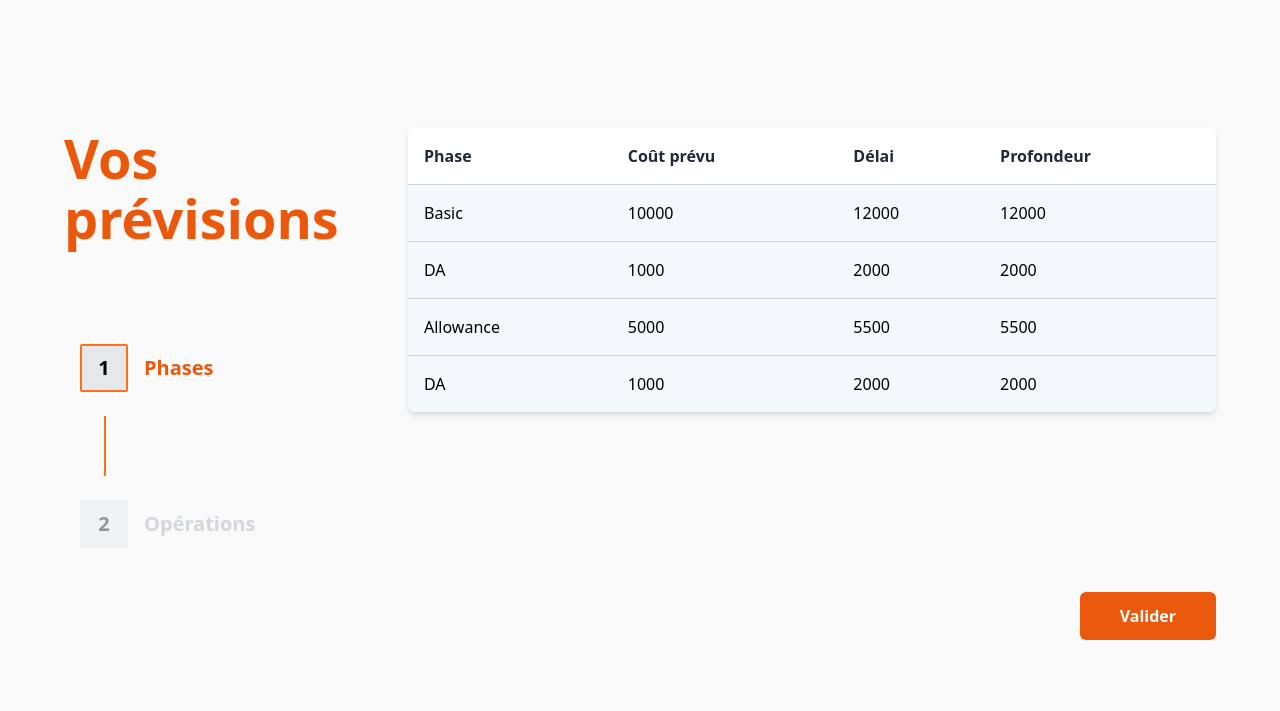
Repository: 123455675848484848484884848484/Projet_2cs
Page: /phasepre (app in front/)
These files come from the project's save history. The page is drawn as it stood at one moment and after the next save; the edit follows.
The browser window is 1280 px wide. The pictures show the whole page.
The project was rebuilt for these pictures with package versions that can differ from the ones it lists, and the page was loaded fresh each time. Also part of the build but not shown: front/src/App.css, front/src/LancerPuit.jsx, front/src/InformationPuit.jsx, front/src/MesPuits.jsx.

Above is the page before, as saved 2025-04-24 09:17:41.

### front/src/App.jsx
import './App.css';
import React from "react";
import LancerPuit from './LancerPuit';
import InformationPuit from './InformationPuit';
import { BrowserRouter as Router, Routes, Route } from "react-router-dom";

import MesPuits from './MesPuits';
import PhasesPrevision from './PhasesPrevision';

function App() {
  return (
   <Router>
   <Routes>
     <Route path="/" element={<LancerPuit />} />
     <Route path="/info-puit" element={<InformationPuit />} />
     <Route path="/mespuits" element={<MesPuits />} />
     <Route path="/phasepre" element={<PhasesPrevision />} />
  </Routes>
    </Router>

  );
}

export default App;

### front/src/PhasesPrevision.jsx
import React, { useEffect, useState } from "react";
import { Link, useNavigate } from "react-router-dom";

const PhasesPrevision = () => {
  const [phases, setPhases] = useState([]);
  const navigate = useNavigate();

  useEffect(() => {
    const fetchedPhases = [
      { nom: "Basic", cout: 10000, delai: 12000, profondeur: 12000 },
      { nom: "DA", cout: 1000, delai: 2000, profondeur: 2000 },
      { nom: "Allowance", cout: 5000, delai: 5500, profondeur: 5500 },
      { nom: "DA", cout: 1000, delai: 2000, profondeur: 2000 },
    ];
    setPhases(fetchedPhases);
  }, []);

  const handleValider = () => {
    navigate("/operations");
  };

  return (
    <div className="min-h-screen flex bg-[#f9f9f9] px-16 pt-12 pb-20">
      {/* Colonne de gauche */}
      <div className="w-[280px] pt-20">
        <h1 className="text-[54px] font-bold text-orange-600 leading-[60px] mb-24">
          Vos prévisions
        </h1>
        <div className="flex flex-col items-start gap-6 ml-4">
          <div className="flex items-center gap-4">
            <div className="w-12 h-12 rounded-sm bg-gray-200 flex items-center justify-center text-xl font-bold border-2 border-orange-500 text-black">
              1
            </div>
            <span className="text-orange-600 font-semibold text-xl">Phases</span>
          </div>
          <div className="h-[60px] w-[2px] bg-orange-500 ml-6" />
          <div className="flex items-center gap-4 opacity-40">
            <div className="w-12 h-12 rounded-sm bg-gray-200 flex items-center justify-center text-xl font-bold">
              2
            </div>
            <span className="text-gray-400 font-semibold text-xl">Opérations</span>
          </div>
        </div>
      </div>

      {/* Contenu de droite */}
      <div className="flex-1 pl-16 flex flex-col justify-between pt-20">
        <div className="bg-[#f3f8fa] rounded-md shadow-md overflow-hidden">
          <table className="w-full text-left text-[16px]">
            <thead className="bg-white">
              <tr className="text-gray-800">
                <th className="p-4 font-semibold">Phase</th>
                <th className="p-4 font-semibold">Coût prévu</th>
                <th className="p-4 font-semibold">Délai</th>
                <th className="p-4 font-semibold">Profondeur</th>
              </tr>
            </thead>
            <tbody>
              {phases.map((phase, index) => (
                <tr key={index} className="border-t border-gray-300">
                  <td className="p-4">{phase.nom}</td>
                  <td className="p-4">{phase.cout}</td>
                  <td className="p-4">{phase.delai}</td>
                  <td className="p-4">{phase.profondeur}</td>
                </tr>
              ))}
            </tbody>
          </table>
        </div>

        <div className="flex justify-end w-full mt-auto pt-10">
          <button
            onClick={handleValider}
            className="bg-orange-600 hover:bg-orange-700 text-white px-10 py-3 rounded-md font-semibold text-[16px]"
          >
            Valider
          </button>
        </div>
      </div>
    </div>
  );
};

export default PhasesPrevision;

Loaded but not shown: front/public/index.html (common file); front/src/index.js (common file); front/src/index.css (common file); front/src/reportWebVitals.js (common file); front/tailwind.config.js (common file)

After the next save:
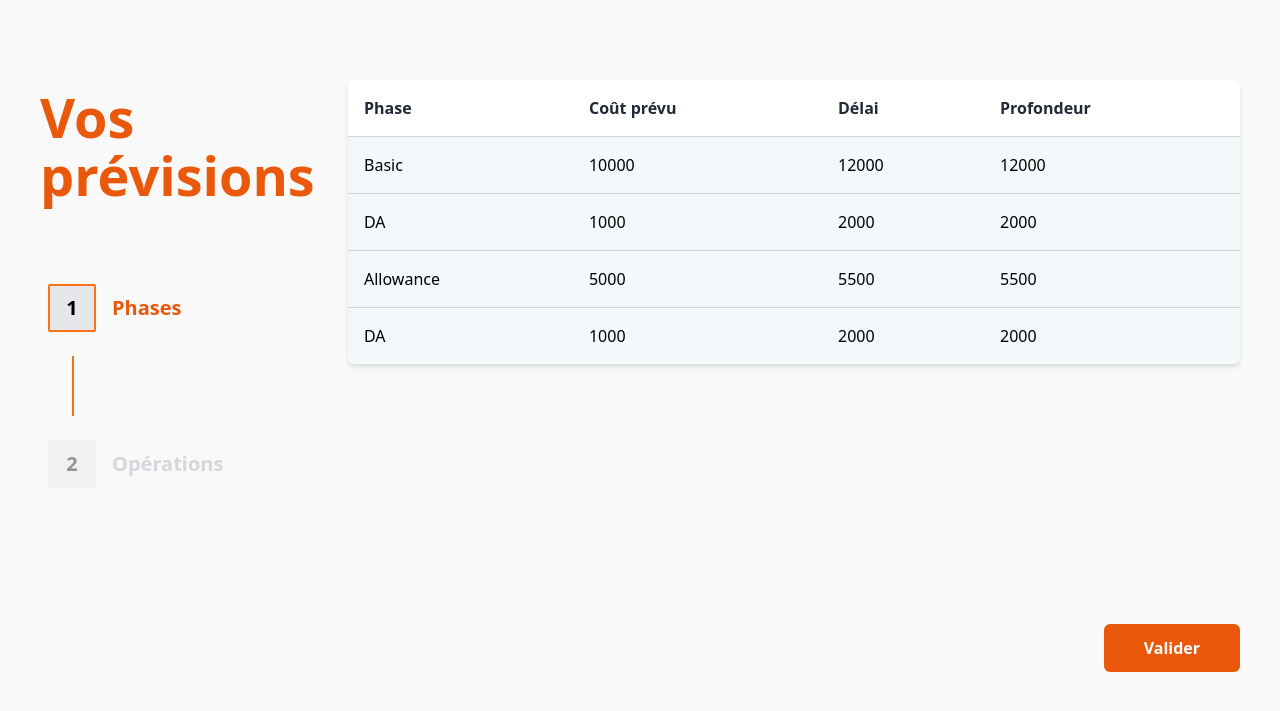
Saved 119 s later.
--- a/front/src/PhasesPrevision.jsx
+++ b/front/src/PhasesPrevision.jsx
@@ -20,13 +20,13 @@ const PhasesPrevision = () => {
   };
 
   return (
-    <div className="min-h-screen flex bg-[#f9f9f9] px-16 pt-12 pb-20">
+    <div className="min-h-screen flex bg-[#f9f9f9] px-10 pt-6 pb-12">
       {/* Colonne de gauche */}
-      <div className="w-[280px] pt-20">
-        <h1 className="text-[54px] font-bold text-orange-600 leading-[60px] mb-24">
-          Vos prévisions
+      <div className="w-[260px] pt-16">
+        <h1 className="text-[54px] font-bold text-orange-600 leading-[58px] mb-20">
+          Vos<br />prévisions
         </h1>
-        <div className="flex flex-col items-start gap-6 ml-4">
+        <div className="flex flex-col items-start gap-6 ml-2">
           <div className="flex items-center gap-4">
             <div className="w-12 h-12 rounded-sm bg-gray-200 flex items-center justify-center text-xl font-bold border-2 border-orange-500 text-black">
               1
@@ -44,7 +44,7 @@ const PhasesPrevision = () => {
       </div>
 
       {/* Contenu de droite */}
-      <div className="flex-1 pl-16 flex flex-col justify-between pt-20">
+      <div className="flex-1 pl-12 flex flex-col justify-between pt-14">
         <div className="bg-[#f3f8fa] rounded-md shadow-md overflow-hidden">
           <table className="w-full text-left text-[16px]">
             <thead className="bg-white">
